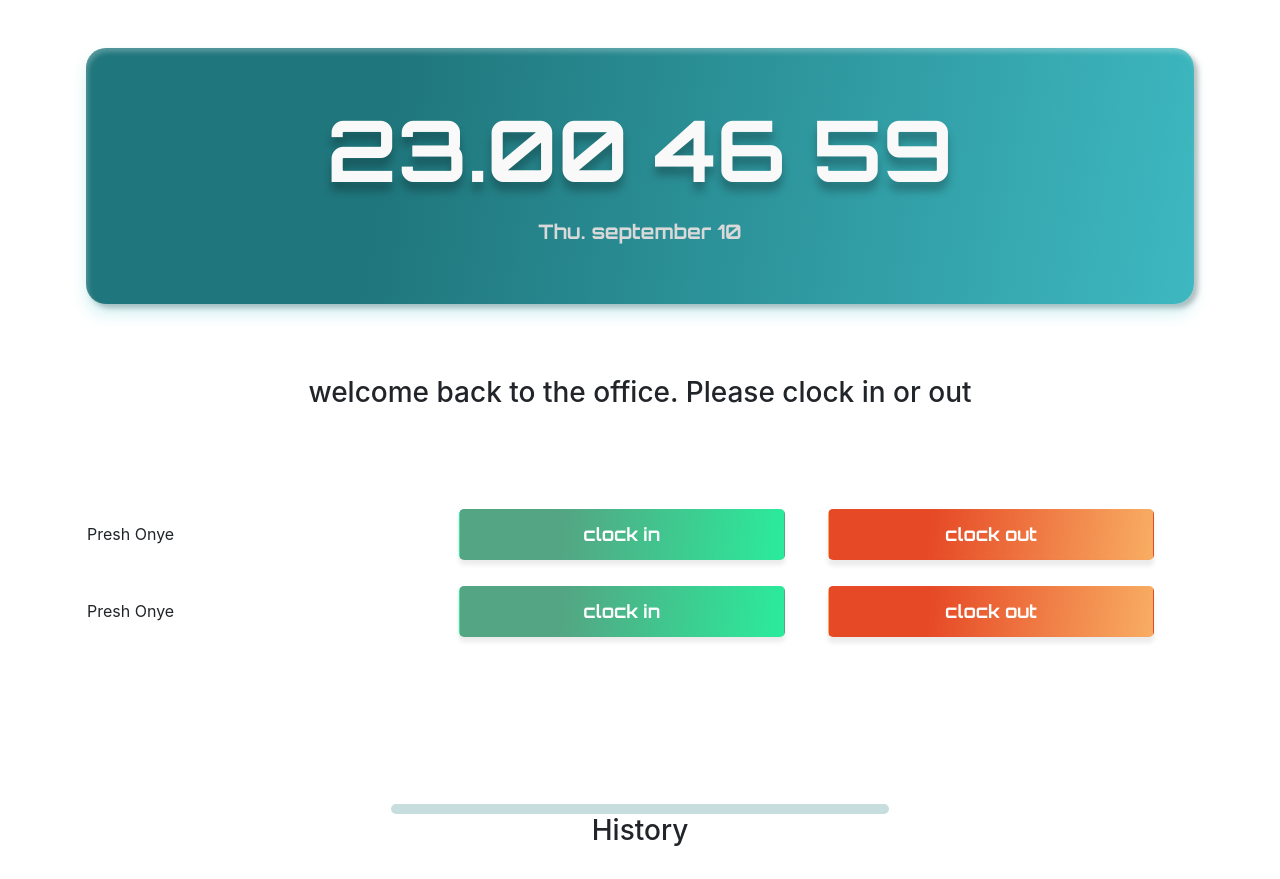
Repository: giprim/clocker
Page: /
The author's editor kept a copy of each file at every save. The page is drawn from the files as they stood at one save, then again after the next save.
The browser window is 1280 px wide. The pictures show the whole page.
The project was rebuilt for these pictures with package versions that can differ from the ones it lists, and the page was loaded fresh each time.

Above is the page before, as saved 2020-09-11 00:03:44.

### src/App.tsx
import React from 'react';
import './App.css';

function App() {
  const currentTime = () => {
    let date = new Date();

    return `${date
      .getHours()
      .toFixed(2)} ${date.getMinutes()} ${date.getSeconds()}`;
  };

  console.log(currentTime());

  return (
    <div className='container py-4'>
      {/* clock section */}
      <div className='clock-box effect p-2 py-md-5 mt-4'>
        <div className='row'>
          <div className='col-12'>
            <h4 className='display-3 text-center'>
              {currentTime().toString()}
            </h4>
          </div>
          <div className='col-12 text-center mt-2 mb-1'>
            <h6>Thu. september 10</h6>
          </div>
        </div>
      </div>

      {/* welcome  */}
      <p className='text-center my-5 py-4 h3'>
        welcome back to the office. Please clock in or out
      </p>

      <table>
        <thead>
          <tr>
            <th></th>
            <th></th>
            <th></th>
          </tr>
        </thead>
        <tbody>
          <tr>
            <td>Presh Onye</td>
            <td className='row justify-content-evenly'>
              <button className='btn clockin col-5'> clock in</button>
              <button className='btn clockout col-5'> clock out</button>
            </td>
          </tr>
          <tr>
            <td>Presh Onye</td>
            <td className='row justify-content-evenly'>
              <button className='btn clockin col-5'> clock in</button>
              <button className='btn clockout col-5'> clock out</button>
            </td>
          </tr>
        </tbody>
      </table>

      <hr />
      <h3 className='text-center'>History</h3>
    </div>
  );
}

export default App;

### src/App.css
@import url('https://fonts.googleapis.com/css2?family=Orbitron:wght@400;500;600;700;800;900&family=Work+Sans:ital,wght@0,100;0,200;0,400;0,600;0,700;1,500&display=swap');

.clock-box {
  background: linear-gradient(99.35deg, #1f767c 26.99%, #42c1ca 110.13%);
  box-shadow: 0px 10px 15px rgba(66, 193, 202, 0.23),
    4px 4px 5px rgba(0, 0, 0, 0.25), inset 2px 4px 5px rgba(255, 255, 255, 0.25);
  border-radius: 20px;
  position: relative;
  z-index: 10;
}

.clock-box h4 {
  font-family: Orbitron;
  font-style: normal;
  font-weight: bold;
  font-size: 85px;
  line-height: 107px;
  /* identical to box height */

  color: #f9f9f9;

  text-shadow: 0px 9px 9px rgba(0, 0, 0, 0.25);
}

.clock-box h6 {
  font-family: Orbitron;
  font-style: normal;
  font-weight: bold;
  font-size: 20px;
  line-height: 25px;
  /* identical to box height */

  color: #d9d9d9;
}

.clockout,
.clockin {
  font-family: Orbitron;
  font-style: normal;
  font-weight: bold;
  font-size: 18px;
  line-height: 23px;
  /* identical to box height */
  padding-top: 13px;
  padding-bottom: 13px;
  color: #ffffff;
  transition: ease-in 0.13s;
}

/* table.table {
  border: none;
} */

.clockin:hover,
.clockout:hover {
  color: white;
  transform: translateY(-5px);
}

.clockin {
  background: linear-gradient(97.12deg, #54a583 31.21%, #21fca1 115.81%);
  box-shadow: 0px 5px 4px rgba(128, 128, 128, 0.15);
  border-radius: 5px;
}

.clockout {
  background: linear-gradient(
    97.12deg,
    #e64926 31.21%,
    rgba(252, 176, 63, 0.74) 115.81%
  );
  box-shadow: 0px 6px 4px rgba(128, 128, 128, 0.15);
  border-radius: 5px;
}

table {
  width: 100%;
}

table tr td {
  padding-top: 25px;
}

hr {
  border-radius: 15px;
  margin: 0% auto;
  margin-top: 15%;
  width: 45%;
  padding: 5px;
  background: #20777c;
}

Loaded but not shown: public/index.html (common file); src/index.tsx (common file); src/index.css (common file); src/serviceWorker.ts (common file)

After the next save:
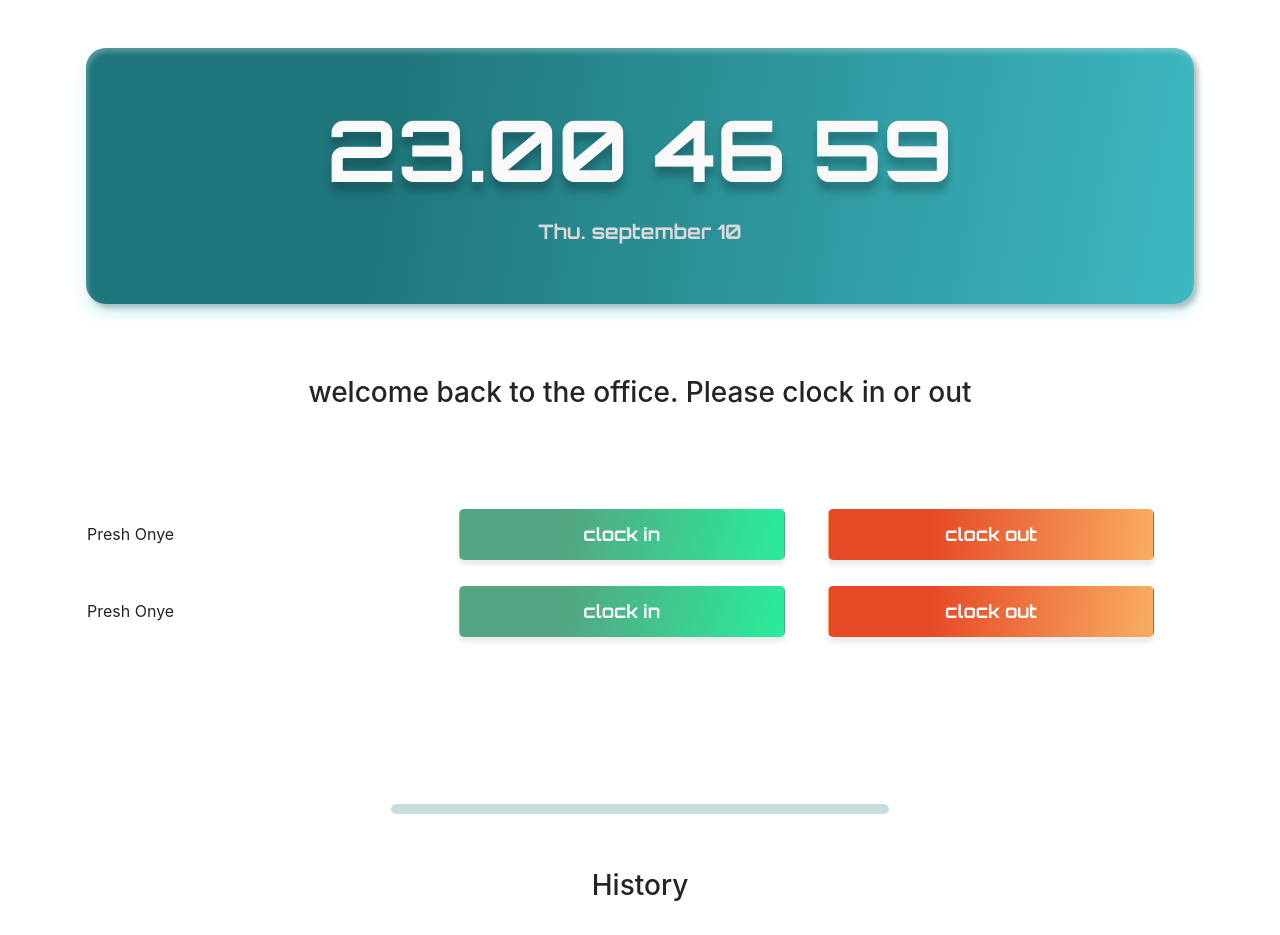
Saved 13 s later.
--- a/src/App.css
+++ b/src/App.css
@@ -83,7 +83,7 @@ table tr td {
 
 hr {
   border-radius: 15px;
-  margin: 0% auto;
+  margin: 5% auto;
   margin-top: 15%;
   width: 45%;
   padding: 5px;
